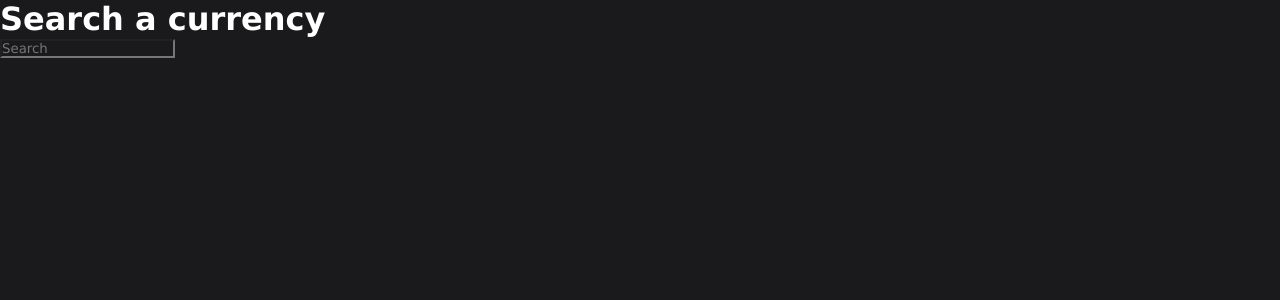
Repository: adder206/react-api-crypto-tracker
Page: /
These files come from the project's save history. The page is drawn as it stood at one moment and after the next save; the edit follows.
The browser window is 1280 px wide. The pictures show the whole page.
The page's requests for data from a server got no answer. The project was rebuilt for these pictures with package versions that can differ from the ones it lists, and the page was loaded fresh each time. No one was signed in, and anything a server would have sent is missing. Also part of the build but not shown: src/Coin.js, src/Coin.css.

Above is the page before, as saved 2021-03-12 10:46:52.

### src/App.js
import React, {useState, useEffect} from 'react';
import axios from 'axios'
import './App.css';
import Coin from './Coin';
import './Coin.css';



function App() {
  const [coins, setCoins] = useState([]);
  const [search,setSearch] = useState('')

  useEffect(()=> {
    axios
    .get(
      'https://api.coingecko.com/api/v3/coins/markets?vs_currency=usd&order=market_cap_desc&per_page=100&page=1&sparkline=false')
    .then(res => {
      setCoins(res.data);
      console.log(res.data);
    })
    .catch(error => alert(error));
  }, []);

  const handleChange = e => {
    setSearch(e.target.value)
  }

  const filteredCoins = coins.filter(coin =>
    coin.name.toLowerCase().includes(search.toLowerCase())
    )

  return (
    <div className='coin-app'>
      <div className="coin-search">
        <h1 className="coin-text">Search a currency</h1>
        <form>
          <input type="text" placeholder="Search"
          className="coin-input" onChange=
          {handleChange}/>
        </form>
      </div>
      {filteredCoins.map(coin => {
        return <Coin
        key={coin.id}
        name={coin.name}
        price={coin.current_price}
        symbol={coin.symbol}
        marketcap={coin.total_volume}
        volume={coin.market_cap}
        image={coin.image}
        priceChange={coin.price_change_percentage_24h}
        />;
      })}

    </div>
  );
}

export default App;

### src/App.css
*{
  box-sizing: border-box;
  margin: 0;
  padding: 0;
  font-family: Verdana, Geneva, Tahoma, sans-serif;
  background-color: #1a1a1c;
  color:#fff;
}

Loaded but not shown: public/index.html (common file); src/index.js (common file); src/index.css (common file); src/reportWebVitals.js (common file)

After the next save:
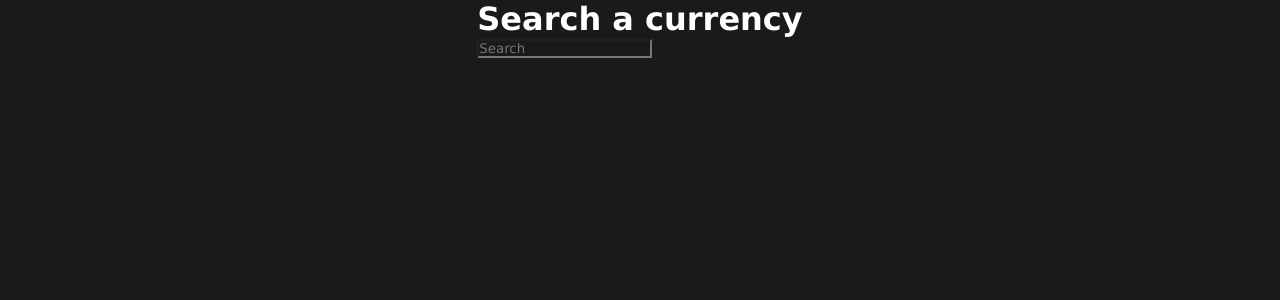
Saved 56 s later.
--- a/src/App.css
+++ b/src/App.css
@@ -6,3 +6,10 @@
   background-color: #1a1a1c;
   color:#fff;
 }
+
+.coin-app {
+  display: flex;
+  flex-direction: column;
+  align-items: center;
+
+}
